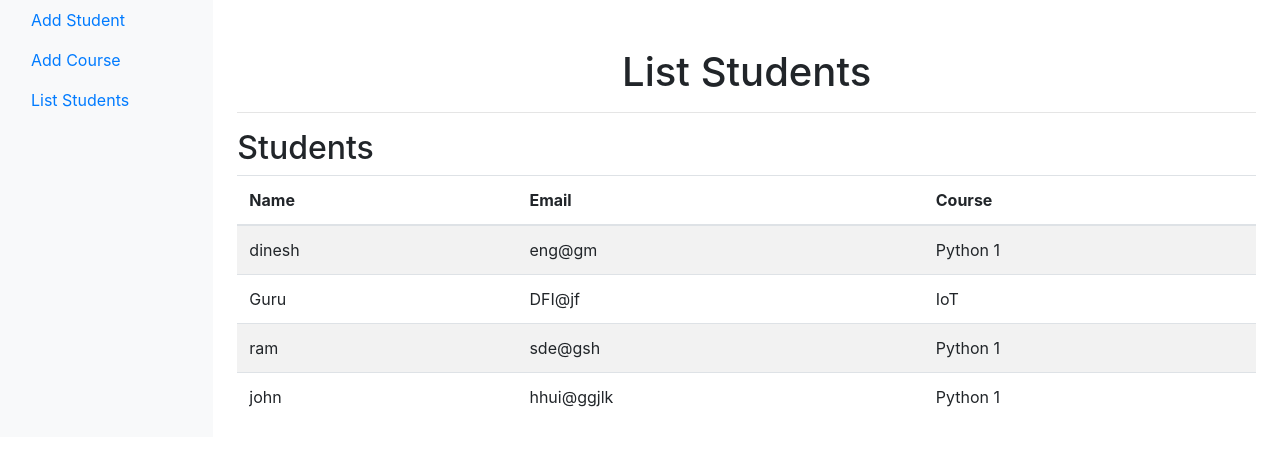
Repository: bigbodhiacademy/gBoard
Page: http://localhost/list_students.php
These files come from the project's save history. The page is drawn as it stood at one moment and after the next save; the edit follows.
The browser window is 1280 px wide. The pictures show the whole page.
The page is run by PHP 8.4 with error messages shown; the project is at /var/www/html/. The database holds what the project's SQL file puts in it.

Above is the page before, as saved 2023-04-20 13:50:25.

After the next save:
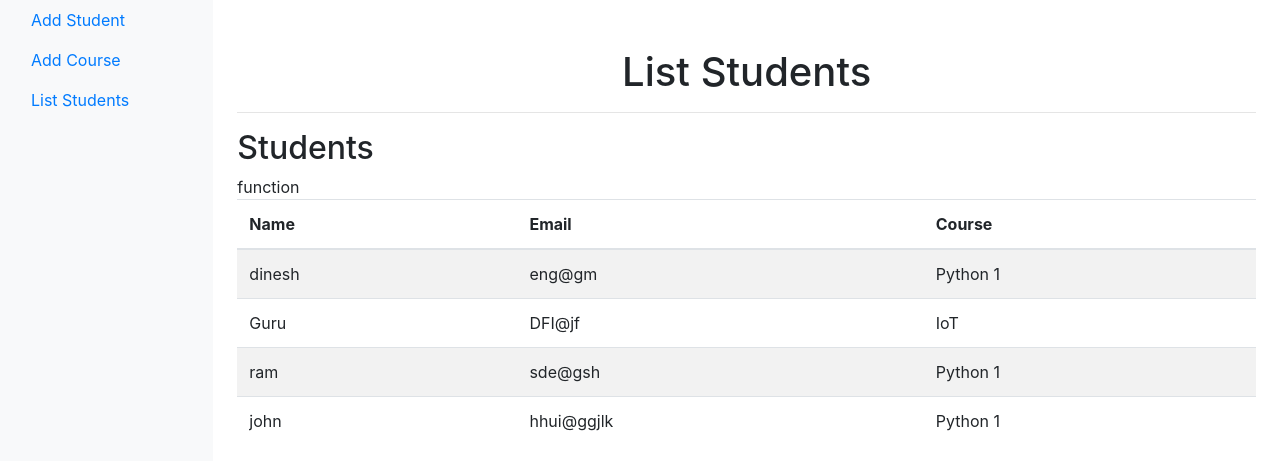
Saved 17 s later.
--- a/functions.php
+++ b/functions.php
@@ -1,5 +1,6 @@
 <?php
 include 'db_connection.php';
+echo "function";
 
 function addStudent($name, $email, $course_id) {
   global $conn;

After the 2 saves that followed:
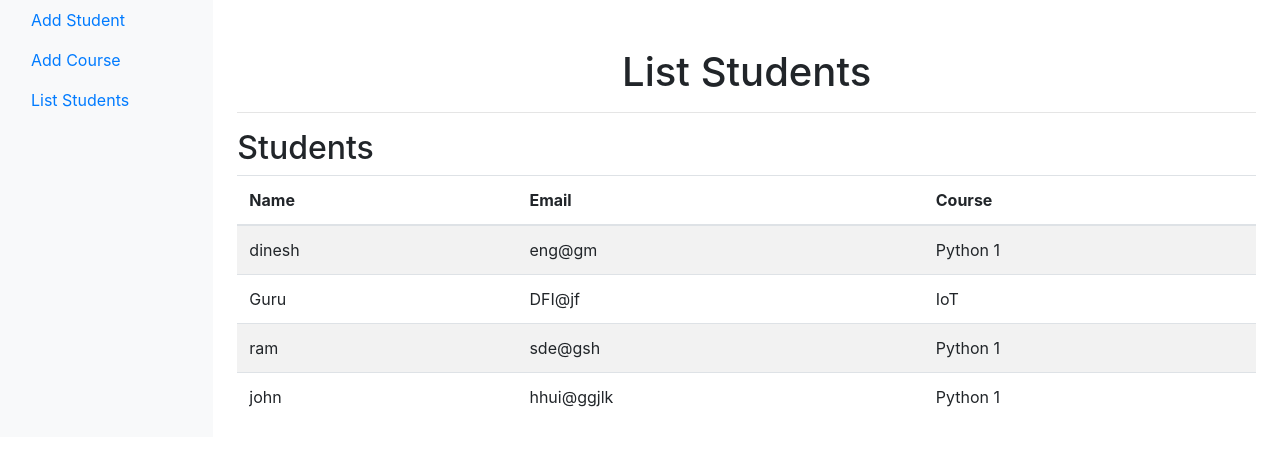
The 2 saves are shown as one change because 1 left the picture as it was.
The last was saved 7 min 11 s later.
--- a/functions.php
+++ b/functions.php
@@ -1,6 +1,75 @@
 <?php
 include 'db_connection.php';
-echo "function";
+
+function getConnection() {
+  $servername = "localhost";
+  $username = "root";
+  $password = "";
+  $dbname = "leaderboard4";
+
+  // Create connection
+  $conn = new mysqli($servername, $username, $password, $dbname);
+
+  // Check connection
+  if ($conn->connect_error) {
+      die("Connection failed: " . $conn->connect_error);
+  }
+
+  return $conn;
+}
+
+if ($_SERVER['REQUEST_METHOD'] == 'POST') {
+  if (isset($_POST['action'])) {
+      $action = $_POST['action'];
+      if ($action == 'add_student') {
+          $name = $_POST['name'];
+          $email = $_POST['email'];
+          $course_id = $_POST['course_id'];
+          addStudent($name, $email, $course_id);
+          header('Location: index.php?message=Student+Added');
+          exit();
+      } elseif ($action == 'add_course') {
+          $course_name = $_POST['course_name'];
+          $course_description = $_POST['course_description'];
+          addCourse($course_name, $course_description);
+          header('Location: add_course.php?message=Course+Added');
+          exit();
+      }
+  }
+}
+
+
+function addCourse($course_name, $course_description) {
+  $conn = getConnection();
+  $date_added = date('Y-m-d');
+  $sql = "INSERT INTO courses (name, description, date_added) VALUES (?, ?, ?)";
+
+  $stmt = $conn->prepare($sql);
+  $stmt->bind_param("sss", $course_name, $course_description, $date_added);
+  $stmt->execute();
+  $stmt->close();
+  $conn->close();
+}
+
+function getStudentsWithCourseName() {
+  $students = array();
+  $conn = getConnection();
+
+  $sql = "SELECT students.id, students.name, students.email, courses.name as course_name
+          FROM students
+          INNER JOIN courses ON students.course_id = courses.id";
+
+  $result = $conn->query($sql);
+
+  if ($result->num_rows > 0) {
+      while ($row = $result->fetch_assoc()) {
+          $students[] = $row;
+      }
+  }
+  $conn->close();
+
+  return $students;
+}
 
 function addStudent($name, $email, $course_id) {
   global $conn;
@@ -29,15 +98,6 @@
   return $stmt->execute();
 }
 
-function addCourse($name, $description, $date_added) {
-  echo "addCourse";
-  global $conn;
-
-  $stmt = $conn->prepare("INSERT INTO courses (name, description, date_added) VALUES (?, ?, ?)");
-  $stmt->bind_param("sss", $name, $description, $date_added);
-
-  return $stmt->execute();
-}
 
 function getStudents() {
   global $conn;
@@ -53,26 +113,6 @@
   return $result->fetch_all(MYSQLI_ASSOC);
 }
 
-function getStudentsWithCourseName() {
-  $students = array();
-  //$conn = getConnection();
-  global $conn;
-
-  $sql = "SELECT students.id, students.name, students.email, courses.name as course_name
-          FROM students
-          INNER JOIN courses ON students.course_id = courses.id";
-
-  $result = $conn->query($sql);
-
-  if ($result->num_rows > 0) {
-    while ($row = $result->fetch_assoc()) {
-      $students[] = $row;
-    }
-  }
-  $conn->close();
-
-  return $students;
-}
 
 
 
